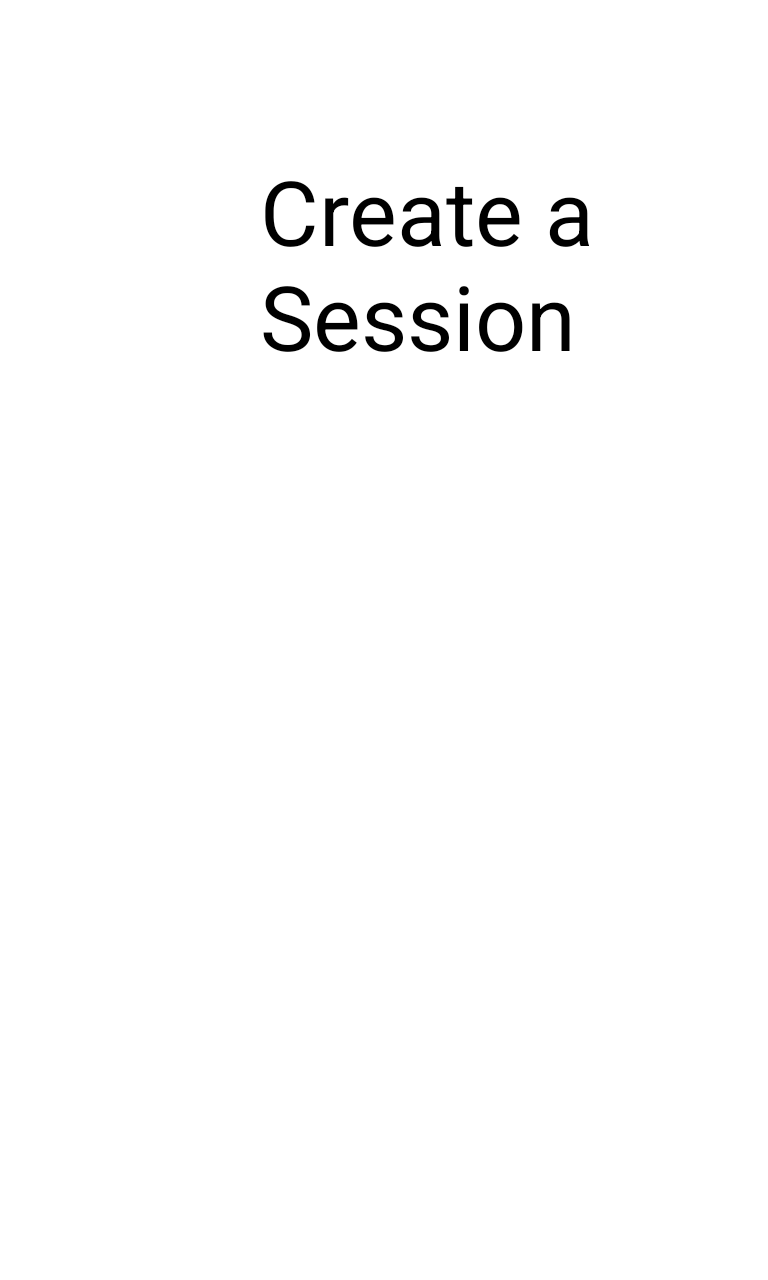
Repository: vnataraj/groupnote
Layout: GroupNote/res/layout/create_session.xml
An editor plug-in stored every save of this project. The layout is shown before and after the next save, followed by the edit.
It is drawn on a 768 x 1280 px phone screen (xhdpi) without system bars, with theme AppTheme; the app's code is not run.

Above is the layout before, as saved 2013-03-19 19:53:31.

After the next save:
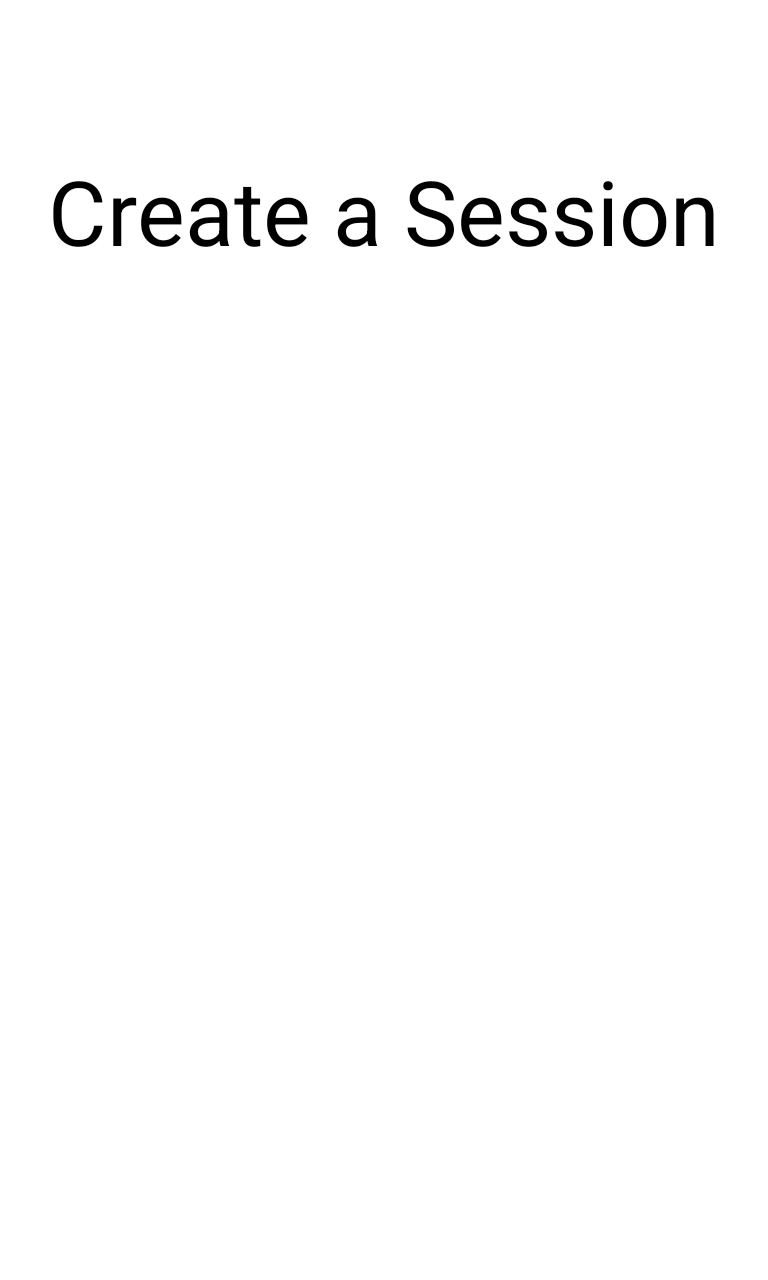
Saved 3 min 36 s later.
--- a/GroupNote/res/layout/create_session.xml
+++ b/GroupNote/res/layout/create_session.xml
@@ -10,8 +10,8 @@
         android:layout_height="wrap_content"
         android:layout_alignParentLeft="true"
         android:layout_alignParentTop="true"
-        android:layout_marginLeft="130dp"
         android:layout_marginTop="75dp"
+        android:gravity="center_horizontal"
         android:text="Create a Session"
         android:textAppearance="?android:attr/textAppearanceLarge"
         android:textSize="45sp" />
